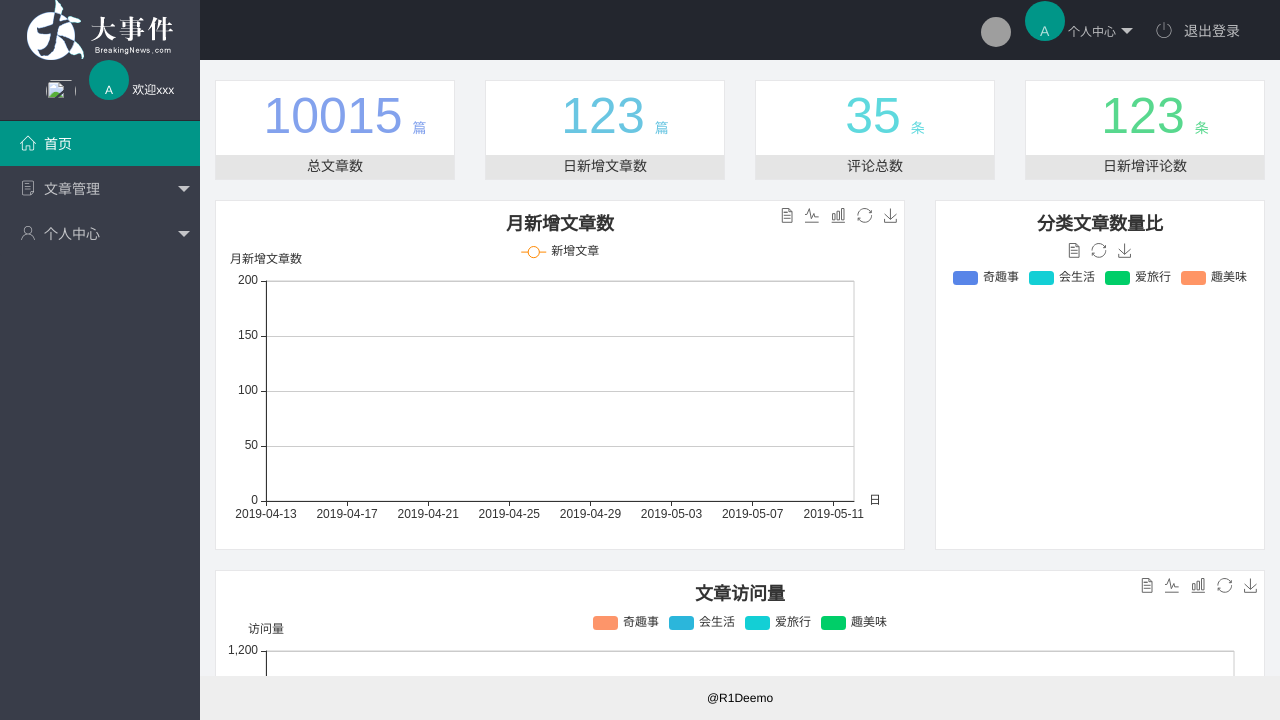
Repository: R1Deemo/Main-project
Page: index.html
These files come from the project's save history. The page is drawn as it stood at one moment and after the next save; the edit follows.
The browser window is 1280 px wide. The pictures show the whole page.
Pictures or frames that could not be fetched are drawn as grey boxes.

Above is the page before, as saved 2022-10-30 20:32:04.

### index.html
<!DOCTYPE html>
<html>

<head>
    <meta charset="utf-8">
    <meta name="viewport" content="width=device-width, initial-scale=1, maximum-scale=1">
    <title>layout 管理系统大布局 - Layui</title>
    <link rel="stylesheet" href="/assets/lib/layui/css/layui.css">
    <link rel="stylesheet" href="/assets/css/index.css">
    <link rel="stylesheet" href="/assets/fonts/iconfont.css">
</head>

<body>
    <div class="layui-layout layui-layout-admin">
        <div class="layui-header">
            <div class="layui-logo layui-hide-xs layui-bg-black" id="logo"></div>
            <!-- 头部区域（可配合layui 已有的水平导航） -->
            <ul class="layui-nav layui-layout-left">
                <!-- 移动端显示 -->
                <li class="layui-nav-item layui-show-xs-inline-block layui-hide-sm" lay-header-event="menuLeft">
                    <i class="layui-icon layui-icon-spread-left"></i>
                </li>


                <li class="layui-nav-item">

                    <dl class="layui-nav-child">
                        <dd><a href="">menu 11</a></dd>
                        <dd><a href="">menu 22</a></dd>
                        <dd><a href="">menu 33</a></dd>
                    </dl>
                </li>
            </ul>
            <ul class="layui-nav layui-layout-right">
                <li class="layui-nav-item layui-hide layui-show-md-inline-block">
                    <a href="javascript:;" class="userinfo">
                        <img src="//tva1.sinaimg.cn/crop.0.0.118.118.180/5db11ff4gw1e77d3nqrv8j203b03cweg.jpg" class="layui-nav-img" />
                        <span class="text-avatar">A</span> 个人中心
                    </a>
                    <dl class="layui-nav-child">
                        <dd><a href="">基本资料</a></dd>
                        <dd><a href="">更换头像</a></dd>
                        <dd><a href="">重置密码</a></dd>
                    </dl>
                </li>
                <li class="layui-nav-item" lay-header-event="menuRight" lay-unselect>
                    <a href="javascript:;">
                        <span class="iconfont icon-tuichu"></span> 退出登录</i>
                    </a>
                </li>
            </ul>
        </div>

        <div class="layui-side layui-bg-black">
            <div class="layui-side-scroll">
                <div class="userinfo">
                    <img src="" class="layui-nav-img" />
                    <span class="text-avatar">A</span>
                    <span id="welcom">欢迎xxx</span>
                </div>
                <!-- 左侧导航区域（可配合layui已有的垂直导航） -->
                <ul class="layui-nav layui-nav-tree" lay-shrink="all">
                    <li class="layui-nav-item layui-this"> <a href="/home/dashboard.html" target="fm"><span class="iconfont icon-home"></span>首页</a></li>
                    <li class="layui-nav-item">
                        <a class="" href="javascript:;" target="fm"> <span class="iconfont icon-16"></span>文章管理</a>
                        <dl class="layui-nav-child">
                            <dd><a href="javascript:;"><i class="layui-icon layui-icon-release"></i> 文章类别</a></dd>
                            <dd><a href="javascript:;"><i class="layui-icon layui-icon-release"></i> 文章列表</a></dd>
                            <dd><a href="javascript:;"><i class="layui-icon layui-icon-release"></i> 发表文章</a></dd>
                            <!-- <dd><a href="">the links</a></dd> -->
                        </dl>
                    </li>
                    <li class="layui-nav-item">
                        <a href="javascript:;" target="fm"><span class="iconfont icon-user"></span>个人中心</a>
                        <dl class="layui-nav-child">
                            <dd><a href="javascript:;"><i class="layui-icon layui-icon-app"></i> 基本资料</a></dd>
                            <dd><a href="javascript:;"><i class="layui-icon layui-icon-app"></i> 更换头像</a></dd>
                            <dd><a href="javascript:;"><i class="layui-icon layui-icon-app"></i> 重置密码</a></dd>
                        </dl>
                    </li>

                    <!-- <li class="layui-nav-item"><a href="">the links</a></li> -->
                </ul>
            </div>
        </div>

        <div class="layui-body">
            <!-- 内容主体区域 -->
            <!-- <div style="padding: 15px;">内容主体区域。记得修改 layui.css 和 js 的路径</div> -->
            <iframe src="/home/dashboard.html" frameborder="0" name="fm"></iframe>
        </div>

        <div class="layui-footer">
            <!-- 底部固定区域 -->
            @R1Deemo
        </div>
    </div>
    <script src="/assets/lib/layui/layui.all.js"></script>

</body>

</html>

### assets/css/index.css
#logo {
    background: url(/assets/images/logo.png) no-repeat center;
}

.layui-footer {
    text-align: center;
    font-size: 12px;
}

.layui-icon {
    margin-left: 20px;
    margin-right: 5px;
}

.iconfont {
    margin-right: 8px;
}

iframe {
    width: 100%;
    height: 100%;
}

.layui-body {
    overflow: hidden;
}

.userinfo {
    height: 60px;
    line-height: 60px;
    text-align: center;
    font-size: 12px;
    user-select: none;
}

.layui-side-scroll .userinfo {
    border-bottom: 1px solid #282b33;
}

.text-avatar {
    display: inline-block;
    width: 40px;
    height: 40px;
    background-color: #009688;
    border-radius: 50%;
}

### home/dashboard.html
<!DOCTYPE html>
<html lang="en">

<head>
  <meta charset="UTF-8">
  <meta name="viewport" content="width=device-width, initial-scale=1.0">
  <meta http-equiv="X-UA-Compatible" content="ie=edge">
  <title>图表统计</title>
  <link rel="stylesheet" href="../../assets/lib/bootstrap.css" />
  <link rel="stylesheet" href="../../assets/lib/main.css" />
  <script src="../../assets/lib/jquery.js"></script>
  <script type="text/javascript" src="../../assets/lib/echarts.min.js"></script>
</head>

<body>
  <div class="container-fluid">
    <div class="row spannel_list">
      <div class="col-sm-3 col-xs-6">
        <div class="spannel">
          <em>10015</em><span>篇</span>
          <b>总文章数</b>
        </div>
      </div>
      <div class="col-sm-3 col-xs-6">
        <div class="spannel scolor01">
          <em>123</em><span>篇</span>
          <b>日新增文章数</b>
        </div>
      </div>
      <div class="col-sm-3 col-xs-6">
        <div class="spannel scolor02">
          <em>35</em><span>条</span>
          <b>评论总数</b>
        </div>
      </div>
      <div class="col-sm-3 col-xs-6">
        <div class="spannel scolor03">
          <em>123</em><span>条</span>
          <b>日新增评论数</b>
        </div>
      </div>
    </div>
  </div>

  <div class="container-fluid">
    <div class="row curve-pie">
      <div class="col-lg-8 col-md-8">
        <div class="gragh_pannel" id="curve_show"></div>
      </div>
      <div class="col-lg-4 col-md-4">
        <div class="gragh_pannel" id="pie_show"></div>
      </div>
    </div>
  </div>

  <div class="container-fluid">
    <div class="column_pannel" id="column_show"></div>
  </div>

  <script>
    var oChart = echarts.init(document.getElementById('curve_show'));
    var aList_all = [
      { 'count': 36, 'date': '2019-04-13' },
      { 'count': 52, 'date': '2019-04-14' },
      { 'count': 78, 'date': '2019-04-15' },
      { 'count': 85, 'date': '2019-04-16' },
      { 'count': 65, 'date': '2019-04-17' },
      { 'count': 72, 'date': '2019-04-18' },
      { 'count': 88, 'date': '2019-04-19' },
      { 'count': 64, 'date': '2019-04-20' },
      { 'count': 72, 'date': '2019-04-21' },
      { 'count': 90, 'date': '2019-04-22' },
      { 'count': 96, 'date': '2019-04-23' },
      { 'count': 100, 'date': '2019-04-24' },
      { 'count': 102, 'date': '2019-04-25' },
      { 'count': 110, 'date': '2019-04-26' },
      { 'count': 123, 'date': '2019-04-27' },
      { 'count': 100, 'date': '2019-04-28' },
      { 'count': 132, 'date': '2019-04-29' },
      { 'count': 146, 'date': '2019-04-30' },
      { 'count': 200, 'date': '2019-05-01' },
      { 'count': 180, 'date': '2019-05-02' },
      { 'count': 163, 'date': '2019-05-03' },
      { 'count': 110, 'date': '2019-05-04' },
      { 'count': 80, 'date': '2019-05-05' },
      { 'count': 82, 'date': '2019-05-06' },
      { 'count': 70, 'date': '2019-05-07' },
      { 'count': 65, 'date': '2019-05-08' },
      { 'count': 54, 'date': '2019-05-09' },
      { 'count': 40, 'date': '2019-05-10' },
      { 'count': 45, 'date': '2019-05-11' },
      { 'count': 38, 'date': '2019-05-12' },
    ];

    let aCount = [];
    let aDate = [];

    for (var i = 0; i < aList_all.length; i++) {
      aCount.push(aList_all[i].count);
      aDate.push(aList_all[i].date);
    }

    var chartopt = {
      title: {
        text: '月新增文章数',
        left: 'center',
        top: '10'
      },
      tooltip: {
        trigger: 'axis'
      },
      legend: {
        data: ['新增文章'],
        top: '40'
      },
      toolbox: {
        show: true,
        feature: {
          mark: { show: true },
          dataView: { show: true, readOnly: false },
          magicType: { show: true, type: ['line', 'bar'] },
          restore: { show: true },
          saveAsImage: { show: true }
        }
      },
      calculable: true,
      xAxis: [
        {
          name: '日',
          type: 'category',
          boundaryGap: false,
          data: aDate
        }
      ],
      yAxis: [
        {
          name: '月新增文章数',
          type: 'value'
        }
      ],
      series: [
        {
          name: '新增文章',
          type: 'line',
          smooth: true,
          itemStyle: { normal: { areaStyle: { type: 'default' }, color: '#f80' }, lineStyle: { color: '#f80' } },
          data: aCount
        }],
      areaStyle: {
        normal: {
          color: new echarts.graphic.LinearGradient(0, 0, 0, 1, [{
            offset: 0,
            color: 'rgba(255,136,0,0.39)'
          }, {
            offset: .34,
            color: 'rgba(255,180,0,0.25)'
          }, {
            offset: 1,
            color: 'rgba(255,222,0,0.00)'
          }])

        }
      },
      grid: {
        show: true,
        x: 50,
        x2: 50,
        y: 80,
        height: 220
      }
    };

    oChart.setOption(chartopt);


    var oPie = echarts.init(document.getElementById('pie_show'));
    var oPieopt =
    {
      title: {
        top: 10,
        text: '分类文章数量比',
        x: 'center'
      },
      tooltip: {
        trigger: 'item',
        formatter: "{a} <br/>{b} : {c} ({d}%)"
      },
      color: ['#5885e8', '#13cfd5', '#00ce68', '#ff9565'],
      legend: {
        x: 'center',
        top: 65,
        data: ['奇趣事', '会生活', '爱旅行', '趣美味']
      },
      toolbox: {
        show: true,
        x: 'center',
        top: 35,
        feature: {
          mark: { show: true },
          dataView: { show: true, readOnly: false },
          magicType: {
            show: true,
            type: ['pie', 'funnel'],
            option: {
              funnel: {
                x: '25%',
                width: '50%',
                funnelAlign: 'left',
                max: 1548
              }
            }
          },
          restore: { show: true },
          saveAsImage: { show: true }
        }
      },
      calculable: true,
      series: [
        {
          name: '访问来源',
          type: 'pie',
          radius: ['45%', '60%'],
          center: ['50%', '65%'],
          data: [
            { value: 300, name: '奇趣事' },
            { value: 100, name: '会生活' },
            { value: 260, name: '爱旅行' },
            { value: 180, name: '趣美味' }
          ]
        }
      ]
    };
    oPie.setOption(oPieopt);



    var oColumn = this.echarts.init(document.getElementById('column_show'));
    var oColumnopt =
    {
      title: {
        text: '文章访问量',
        left: 'center',
        top: '10'
      },
      tooltip: {
        trigger: 'axis'
      },
      legend: {
        data: ['奇趣事', '会生活', '爱旅行', '趣美味'],
        top: '40'
      },
      toolbox: {
        show: true,
        feature: {
          mark: { show: true },
          dataView: { show: true, readOnly: false },
          magicType: { show: true, type: ['line', 'bar'] },
          restore: { show: true },
          saveAsImage: { show: true }
        }
      },
      calculable: true,
      xAxis: [
        {
          type: 'category',
          data: ['1月', '2月', '3月', '4月', '5月']
        }
      ],
      yAxis: [
        {
          name: '访问量',
          type: 'value'
        }
      ],
      series: [
        {
          name: '奇趣事',
          type: 'bar',
          barWidth: 20,
          itemStyle: {
            normal: { areaStyle: { type: 'default' }, color: '#fd956a' }
          },
          data: [800, 708, 920, 1090, 1200]
        },
        {
          name: '会生活',
          type: 'bar',
          barWidth: 20,
          itemStyle: {
            normal: { areaStyle: { type: 'default' }, color: '#2bb6db' }
          },
          data: [400, 468, 520, 690, 800]
        },
        {
          name: '爱旅行',
          type: 'bar',
          barWidth: 20,
          itemStyle: {
            normal: { areaStyle: { type: 'default' }, color: '#13cfd5' }
          },
          data: [500, 668, 520, 790, 900]
        },
        {
          name: '趣美味',
          type: 'bar',
          barWidth: 20,
          itemStyle: {
            normal: { areaStyle: { type: 'default' }, color: '#00ce68' }
          },
          data: [600, 508, 720, 890, 1000]
        }
      ],
      grid: {
        show: true,
        x: 50,
        x2: 30,
        y: 80,
        height: 260
      },
      dataZoom: [//给x轴设置滚动条
        {
          start: 0,//默认为0
          end: 100 - 1000 / 31,//默认为100
          type: 'slider',
          show: true,
          xAxisIndex: [0],
          handleSize: 0,//滑动条的 左右2个滑动条的大小
          height: 8,//组件高度
          left: 45, //左边的距离
          right: 50,//右边的距离
          bottom: 26,//右边的距离
          handleColor: '#ddd',//h滑动图标的颜色
          handleStyle: {
            borderColor: "#cacaca",
            borderWidth: "1",
            shadowBlur: 2,
            background: "#ddd",
            shadowColor: "#ddd",
          }
        }]
    };
    oColumn.setOption(oColumnopt);
  </script>
</body>

</html>

Loaded but not shown: assets/lib/layui/css/layui.css (library); assets/fonts/iconfont.css (common file); assets/lib/layui/layui.all.js (library); assets/lib/layui/css/modules/laydate/default/laydate.css (library); assets/lib/layui/css/modules/layer/default/layer.css (library); assets/lib/layui/css/modules/code.css (common file); assets/lib/bootstrap.css (library); assets/lib/main.css (library); assets/lib/jquery.js (library); assets/lib/echarts.min.js (library)

After the next save:
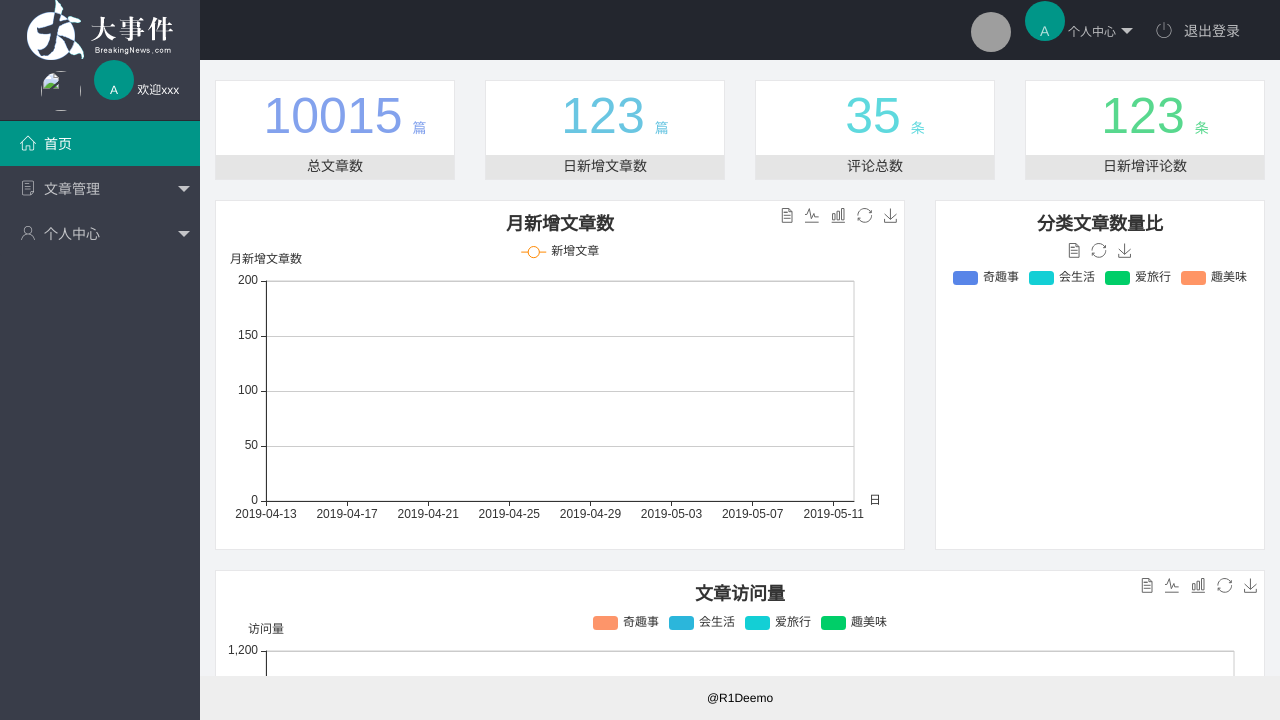
Saved 62 s later.
--- a/assets/css/index.css
+++ b/assets/css/index.css
@@ -37,6 +37,11 @@ iframe {
     border-bottom: 1px solid #282b33;
 }
 
+.layui-nav-img {
+    width: 40px;
+    height: 40px;
+}
+
 .text-avatar {
     display: inline-block;
     width: 40px;
